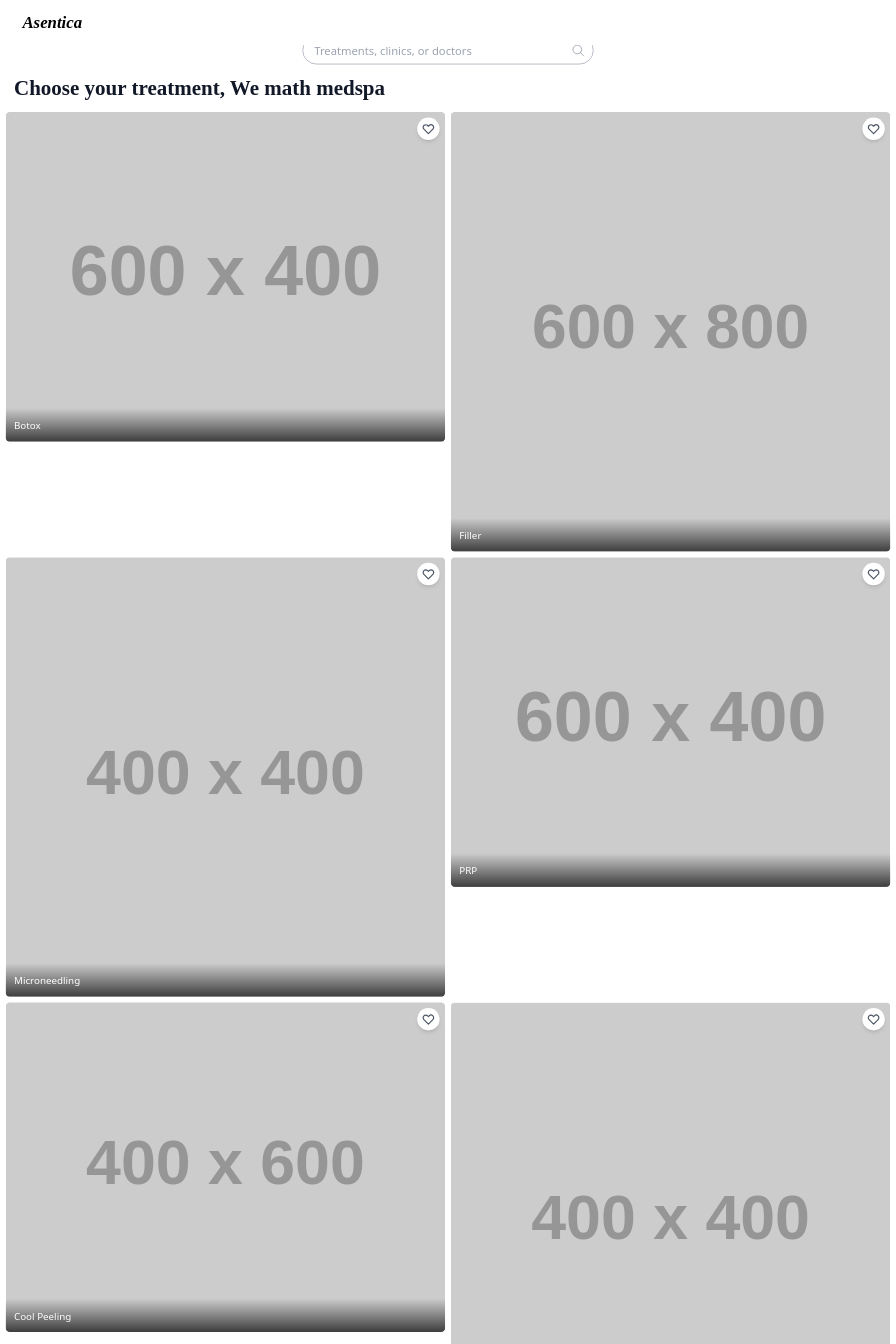
Repository: jungkeunhong/asentica_3rd
Page: /
The author's editor kept a copy of each file at every save. The page is drawn from the files as they stood at one save, then again after the next save.
The browser window is 1280 px wide. The pictures show the part of the page from y = 0 to 1920 px (the page is 7632 px tall before and 7660 px after), at 70% of full size.
Some web fonts or font styles are not loaded; a fallback is used. The project was rebuilt for these pictures with package versions that can differ from the ones it lists, and the page was loaded fresh each time. The framework's server and built-in components were replaced by stand-ins that run in the browser. Also part of the build but not shown: next.config.js.

Above is the page before, as saved 2025-02-26 14:52:42.

After the next save:
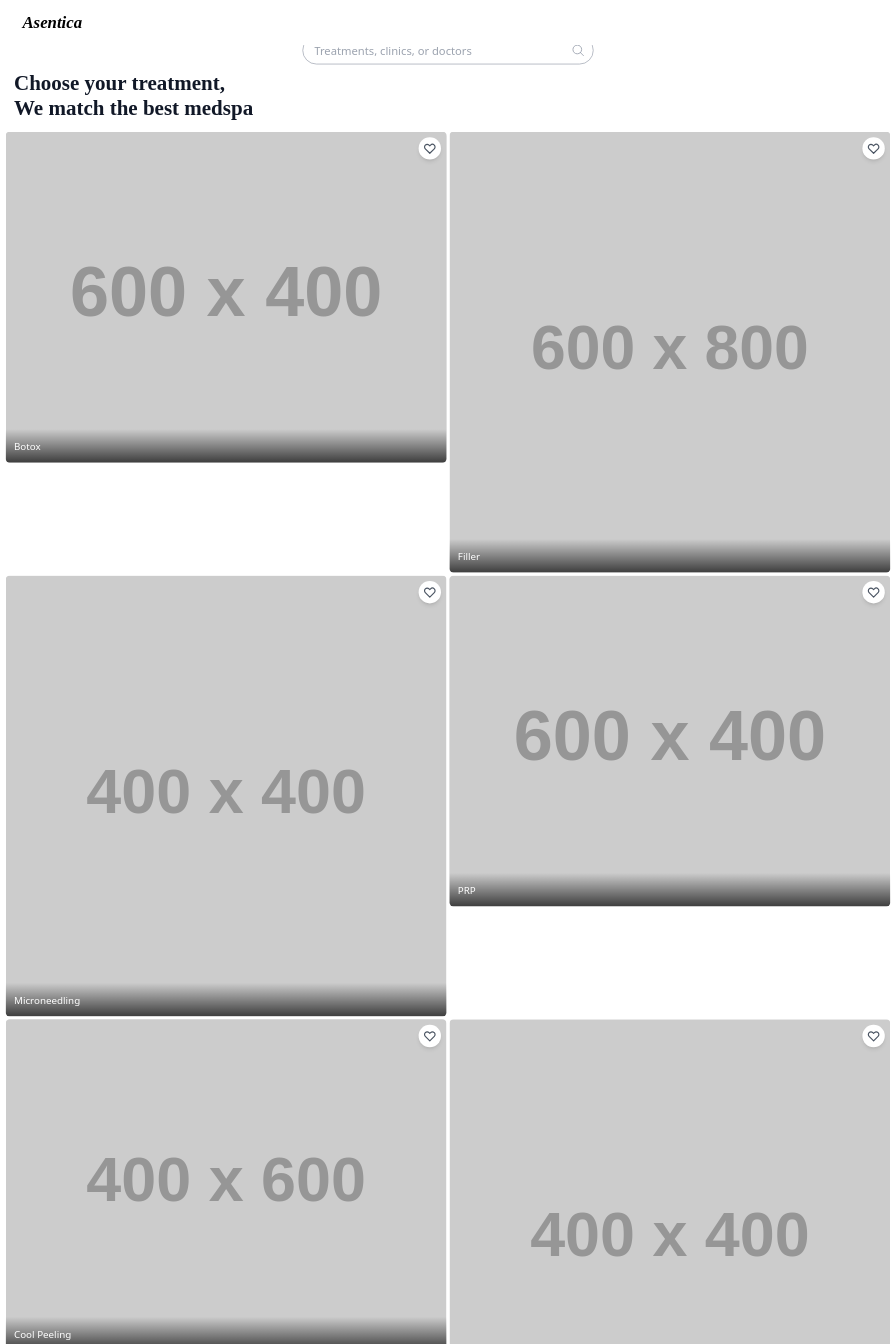
Saved 2 min 2 s later.
--- a/src/components/CategoryGrid.tsx
+++ b/src/components/CategoryGrid.tsx
@@ -86,10 +86,10 @@ const CategoryGrid = () => {
   };
 
   return (
-    <div className="py-4">
-      <h2 className="cormorant text-3xl font-extrabold mb-4 text-gray-900 pl-5">Choose your treatment, We math medspa</h2>
+    <div className="py-2">
+      <h2 className="cormorant text-3xl font-extrabold mb-4 text-gray-900 pl-5">Choose your treatment,<br />We match the best medspa</h2>
 
-      <div className="grid grid-cols-2 gap-2 px-2">
+      <div className="grid grid-cols-2 gap-1 px-2">
         {categories.map((category) => {
           // 이미지 크기에 따른 클래스 설정
           const sizeClasses = {
